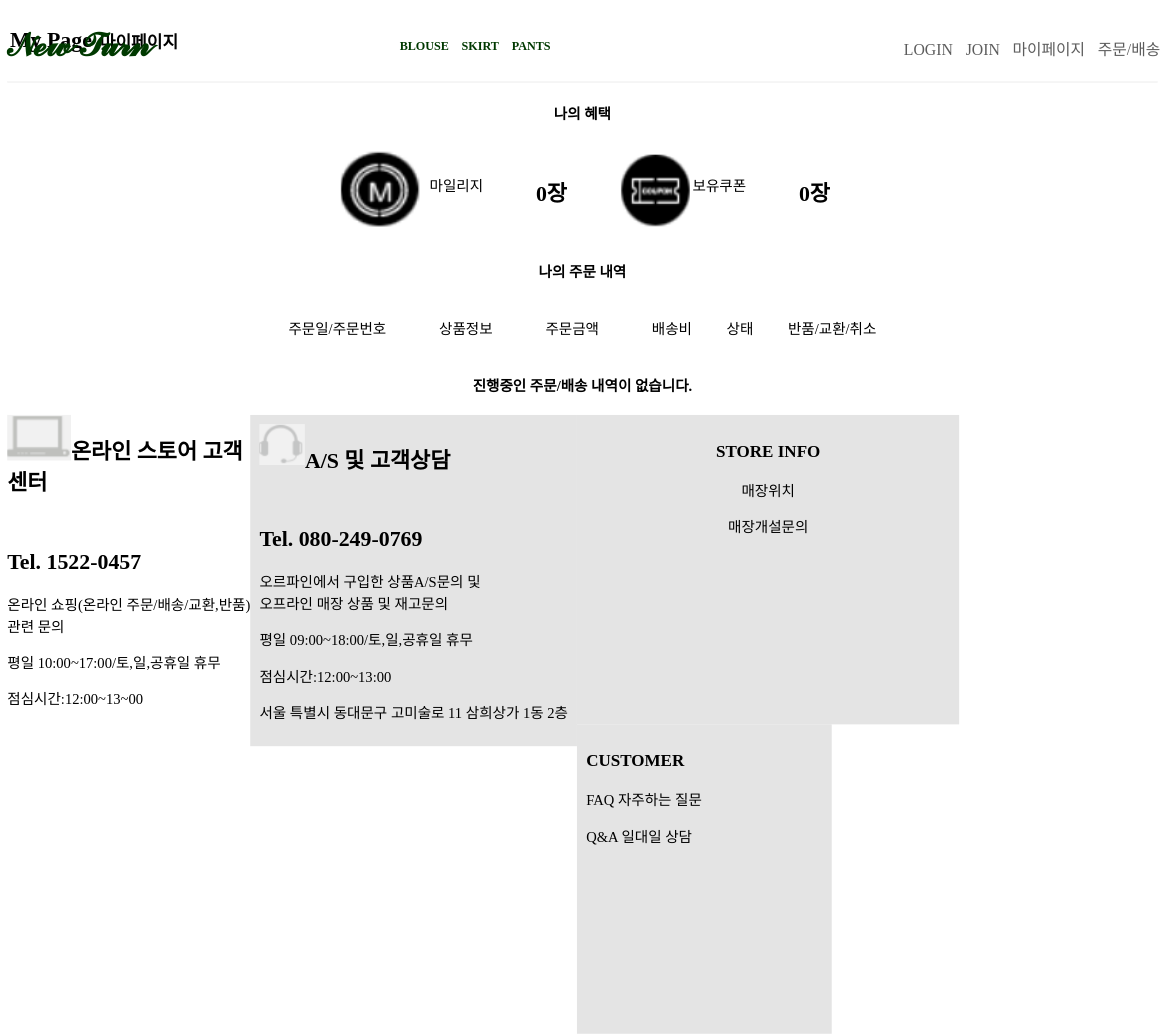
Repository: won0108/Port-Folio
Page: Creating_Homepage/Shopping/WebContent/마이페이지.html
An editor plug-in stored every save of this project. The page is shown before and after the next save, followed by the edit.
The browser window is 1280 px wide. The pictures show the whole page, at 91% of full size.

Above is the page before, as saved 2020-12-03 08:17:47.

### Creating_Homepage/Shopping/WebContent/마이페이지.html
<!DOCTYPE html>
<html>
<head>  <!--웹페이지에 대한 정보를 제공한다.-->
<title> New Turn </title>   <!--탭에 New Turn을 나타낸다.-->
<style>
 @font-face{
 		font-family:"My Font";
 		src: url("fontstyle/ENCOSCPT.TTF");
 	}
 	h1{
   	color:#003900;
   	position:fixed;
   	top: 0px;
   	left:10px;
   	font-family:"My Font", serif;
   	font-size: 30pt;
   }
   #infor{
   position:fixed;
   top:40px; right:0px;
   }
   #infor a{
   text-decoration:none;
   color:#5D5D5D;
   font-size:13pt;
   display: inline;
   padding :5px;
   }
   #infor a:hover{
   tex-decoration:underline;
   color: black;
   text-weight:bold;
   }
   #categ{
   position:fixed;
   top:25px; right:670px;
   }
   #categ ul li{
   display: inline;
   }
   #categ ul li a{
   text-decoration:none;
   color:#003900;
   font-size:10pt;
   font-weight:bold;
   text-transform:uppercase;
   padding :5px;
   }
   #categ ul li a:hover{
   tex-decoration:underline; color: black;
   }
</style>
</head>
<body>
 <form>
 <h1> New Turn </h1>
 <div id="infor">
  <a href="로그인.html">LOGIN</a> <!--다른 페이지로 이동한다.-->
  <a href="회원가입 창.html">JOIN</a>
  <a href="마이페이지.html">마이페이지</a>
  <a href="">주문/배송</a></div>
 <div id="categ">
		<ul>
			<li><a href="top.html">BLOUSE</a></li>
			<li><a href="skirt.html">SKIRT</a></li>
			<li><a href="pants.html">PANTS</a></li>
		</ul>
	</div>
<table id="special"><tr><td> <h2 style="font-weight:bold;">My Page</h2></td><td>
<h3>.마이페이지</h3></td></tr></table>
<hr/ color="#F6F6F6">
<h4 align="center">나의 혜택</h4>
<table align="center">
<tr><td><img src="마일.png" width="100" height="100" align="middle">
마일리지</td><td><img src="공백.png" width="50" height="50"></td>
<td><h2>0장</h2></td><td><img src="공백.png" width="50" height="50"></td>
<td><img src="보유쿠폰.png" width="80" height="80" align="middle">보유쿠폰</td>
<td><img src="공백.png" width="50" height="50"></td>
<td><h2>0장</h2></td>
</tr></table>
<h4 align="center">나의 주문 내역</h4>
<table align="center">
<tr><td> 주문일/주문번호</td>
<td><img src="공백.png" width="50" height="50"></td>
<td>상품정보</td>
<td><img src="공백.png" width="50" height="50"></td><td>주문금액</td>
<td><img src="공백.png" width="50" height="50"></td><td>배송비</td>
<td><img src="공백.png" width="30" height="50"></td><td>상태</td>
<td><img src="공백.png" width="30" height="50"></td><td>반품/교환/취소</td></tr></table>
<h4 align="center">진행중인 주문/배송 내역이 없습니다.</h4>

<div id=footer style="float:left;">
<img src="노트북.png" width="70px" height="50px" style="float:left;">
<h2>온라인 스토어 고객센터</h2><br>
<h2><em5>Tel</em5>. 1522-0457</h2>
<p>온라인 쇼핑(온라인 주문/배송/교환,반품)<br> 관련 문의</p>
<p>평일 10:00~17:00/토,일,공휴일 휴무</p><p>점심시간:12:00~13~00</p>
<p>&nbsp</p></div>
<div style="background-color:#E4E4E4; float:left; padding:10px;">
<img src="헤드폰.png" width="50px; height="50px" style="float:left;">
<h2>A/S 및 고객상담</h2><br>
<h2><em5>Tel</em5>. 080-249-0769</h2>
<p>오르파인에서 구입한 상품A/S문의 및<br>오프라인 매장 상품 및 재고문의</p>
<p>평일 09:00~18:00/토,일,공휴일 휴무</p>
<p>점심시간:12:00~13:00</p>
<p>서울 특별시 동대문구 고미술로 11 삼희상가 1동 2층</p>
</div>
<div style="background-color:#E4E4E4; width:400px; height:320px; float:left; text-align:center; padding:10px;">
<h3>STORE INFO</h3>
<p>매장위치</p>
<p>매장개설문의</p>
</div>
<div style="background-color:#E4E4E4; width:260px; height:320px; float:left; padding:10px;">
<h3>CUSTOMER</h3>
<p>FAQ 자주하는 질문</p>
<p>Q&A 일대일 상담</p></div>
</html>

After the next save:
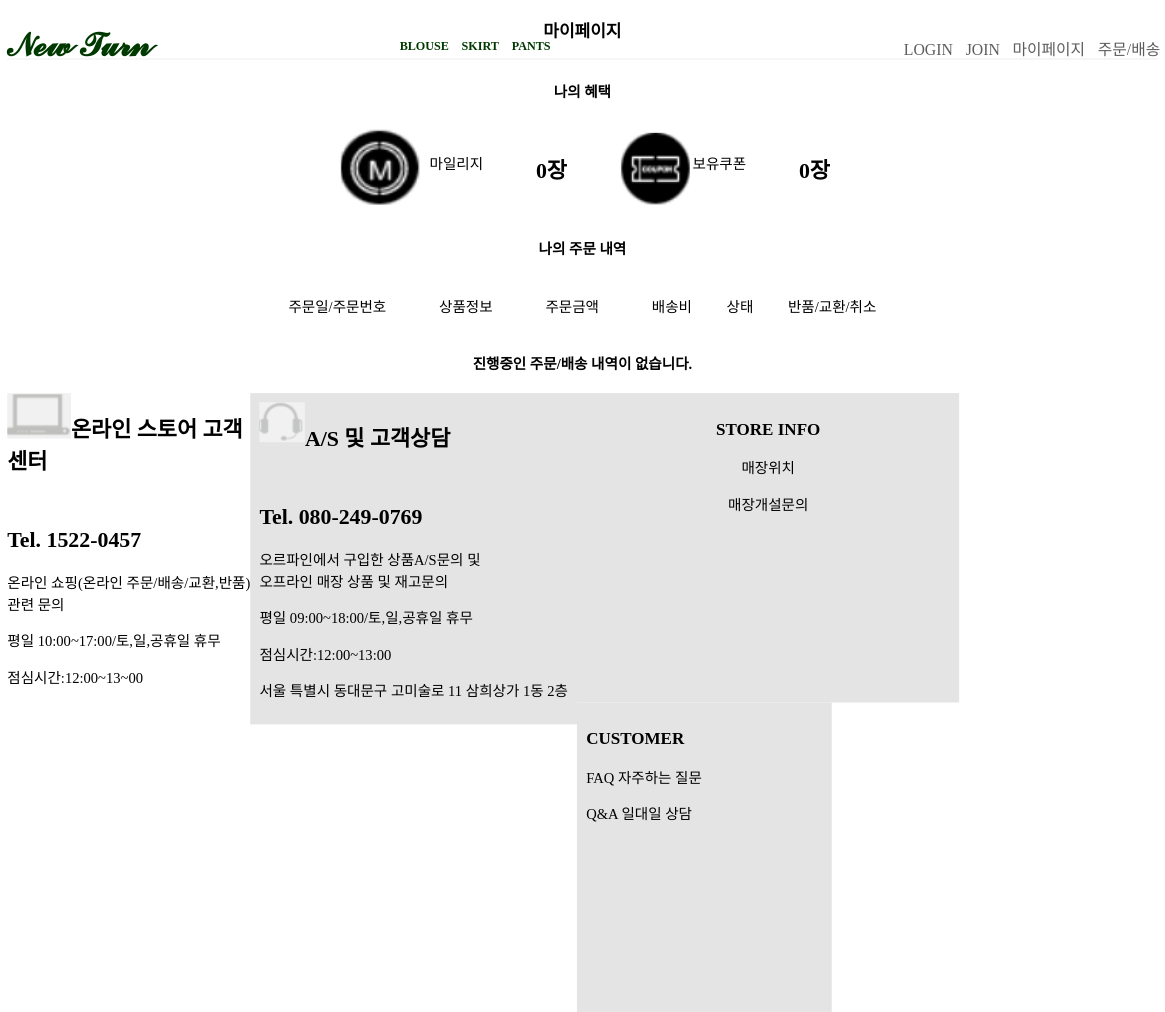
Saved 59 s later.
--- a/Creating_Homepage/Shopping/WebContent/마이페이지.html
+++ b/Creating_Homepage/Shopping/WebContent/마이페이지.html
@@ -66,9 +66,9 @@
 			<li><a href="pants.html">PANTS</a></li>
 		</ul>
 	</div>
-<table id="special"><tr><td> <h2 style="font-weight:bold;">My Page</h2></td><td>
-<h3>.마이페이지</h3></td></tr></table>
-<hr/ color="#F6F6F6">
+
+<h3 align="center">마이페이지</h3>
+<hr color="#F6F6F6">
 <h4 align="center">나의 혜택</h4>
 <table align="center">
 <tr><td><img src="마일.png" width="100" height="100" align="middle">
